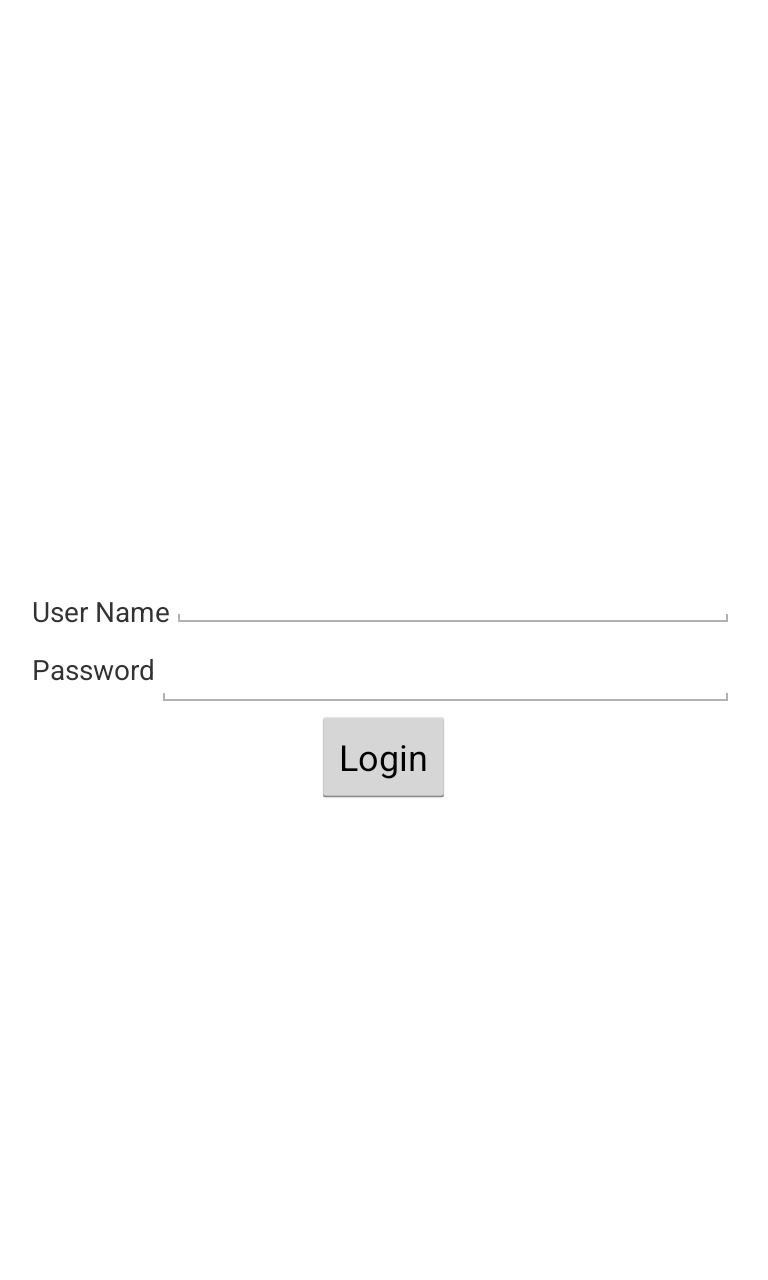
Repository: SaifJamilKhan/Meetup
Layout: MeetUp/res/layout/activity_login.xml
These files come from the project's save history. The layout is drawn as it stood at one moment and after the next save; the edit follows.
It is drawn on a 768 x 1280 px phone screen (xhdpi) without system bars, with theme AppTheme; the app's code is not run.

Above is the layout before, as saved 2014-03-08 20:51:09.

### MeetUp/res/layout/activity_login.xml
 <RelativeLayout xmlns:android="http://schemas.android.com/apk/res/android"
    xmlns:tools="http://schemas.android.com/tools"
    android:layout_width="match_parent"
    android:layout_height="match_parent"
    android:paddingBottom="@dimen/activity_vertical_margin"
    android:paddingLeft="@dimen/activity_horizontal_margin"
    android:paddingRight="@dimen/activity_horizontal_margin"
    android:paddingTop="@dimen/activity_vertical_margin"
    tools:context=".LoginActivity" >

    <View
        android:id="@+id/center_divider"
        android:layout_width="10dp"
        android:layout_height="10dp"
        android:layout_centerInParent="true"
        android:visibility="invisible"/>

    <TextView
        android:id="@+id/login_username_label"
        android:layout_width="wrap_content"
        android:layout_height="wrap_content"
        android:layout_alignParentLeft="true"
        android:text="@string/user_name_label"
        android:layout_above="@id/center_divider" />

    <EditText
        android:id="@+id/login_username_text"
        android:layout_width="match_parent"
        android:layout_height="wrap_content"
        android:inputType="text"
        android:layout_toRightOf="@id/login_username_label"
        android:layout_above="@id/center_divider" />

    <TextView
        android:id="@+id/login_password_label"
        android:layout_width="wrap_content"
        android:layout_height="wrap_content"
        android:layout_alignParentLeft="true"
        android:text="@string/password_label"
        android:layout_below="@id/center_divider" />

    <EditText
        android:id="@+id/login_password_text"
        android:layout_width="match_parent"
        android:layout_height="wrap_content"
        android:layout_centerHorizontal="true"
        android:layout_below="@id/login_username_text"
        android:layout_toRightOf="@id/login_password_label"
        android:inputType="textPassword" >
    </EditText>

    <Button
        android:id="@+id/login_account_button"
        android:layout_width="wrap_content"
        android:layout_height="wrap_content"
        android:layout_below="@id/login_password_text"
        android:layout_centerHorizontal="true"
        android:text="@string/login" />

</RelativeLayout>

### MeetUp/res/values/strings.xml
<?xml version="1.0" encoding="utf-8"?>
<resources>

    <string name="app_name">Meet Up</string>
    <string name="action_settings">Settings</string>
    <string name="login">Login</string>
    <string name="create_account">Create Account</string>
    <string name="user_name_label">User Name</string>
    <string name="password_label">Password</string>
    <string name="email_label">Email</string>

</resources>

### MeetUp/res/layout/loading_spinner.xml
<?xml version="1.0" encoding="utf-8"?>
<RelativeLayout xmlns:android="http://schemas.android.com/apk/res/android"
    android:id="@+id/overlay_spinner_layout"
    android:layout_width="fill_parent"
    android:layout_height="fill_parent"
    android:layout_centerInParent="true"
    android:background="#80444444"
    android:visibility="gone" >

    <ProgressBar
        android:layout_width="wrap_content"
        android:layout_height="wrap_content"
        android:layout_centerInParent="true" />

</RelativeLayout>

Loaded but not shown: MeetUp/res/values/styles.xml (common file); MeetUp/res/values-v11/styles.xml (common file); MeetUp/res/values-v14/styles.xml (common file); MeetUp/res/values/dimens.xml (common file)

After the next save:
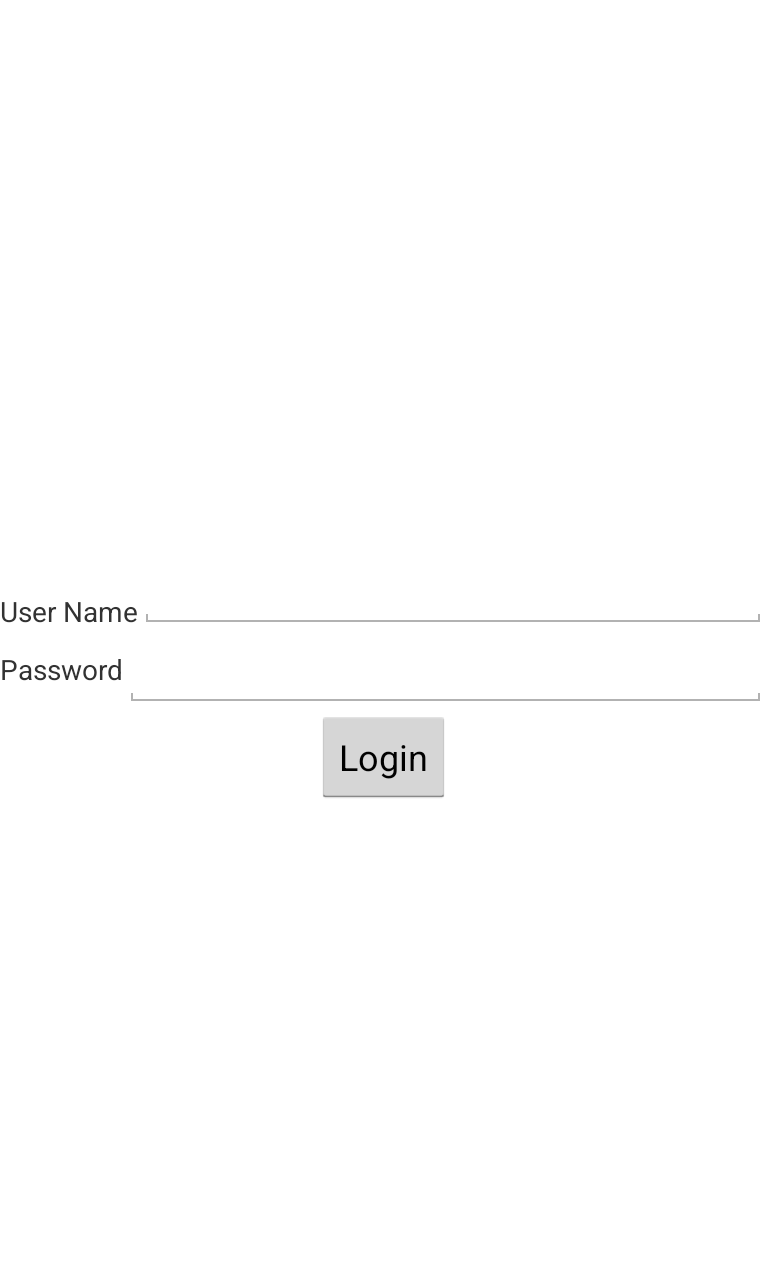
Saved 33 min 27 s later.
--- a/MeetUp/res/layout/activity_login.xml
+++ b/MeetUp/res/layout/activity_login.xml
@@ -1,11 +1,7 @@
- <RelativeLayout xmlns:android="http://schemas.android.com/apk/res/android"
+<RelativeLayout xmlns:android="http://schemas.android.com/apk/res/android"
     xmlns:tools="http://schemas.android.com/tools"
     android:layout_width="match_parent"
     android:layout_height="match_parent"
-    android:paddingBottom="@dimen/activity_vertical_margin"
-    android:paddingLeft="@dimen/activity_horizontal_margin"
-    android:paddingRight="@dimen/activity_horizontal_margin"
-    android:paddingTop="@dimen/activity_vertical_margin"
     tools:context=".LoginActivity" >
 
     <View
@@ -13,38 +9,38 @@
         android:layout_width="10dp"
         android:layout_height="10dp"
         android:layout_centerInParent="true"
-        android:visibility="invisible"/>
+        android:visibility="invisible" />
 
     <TextView
         android:id="@+id/login_username_label"
         android:layout_width="wrap_content"
         android:layout_height="wrap_content"
+        android:layout_above="@id/center_divider"
         android:layout_alignParentLeft="true"
-        android:text="@string/user_name_label"
-        android:layout_above="@id/center_divider" />
+        android:text="@string/user_name_label" />
 
     <EditText
         android:id="@+id/login_username_text"
         android:layout_width="match_parent"
         android:layout_height="wrap_content"
-        android:inputType="text"
+        android:layout_above="@id/center_divider"
         android:layout_toRightOf="@id/login_username_label"
-        android:layout_above="@id/center_divider" />
+        android:inputType="text" />
 
     <TextView
         android:id="@+id/login_password_label"
         android:layout_width="wrap_content"
         android:layout_height="wrap_content"
         android:layout_alignParentLeft="true"
-        android:text="@string/password_label"
-        android:layout_below="@id/center_divider" />
+        android:layout_below="@id/center_divider"
+        android:text="@string/password_label" />
 
     <EditText
         android:id="@+id/login_password_text"
         android:layout_width="match_parent"
         android:layout_height="wrap_content"
+        android:layout_below="@id/login_username_text"
         android:layout_centerHorizontal="true"
-        android:layout_below="@id/login_username_text"
         android:layout_toRightOf="@id/login_password_label"
         android:inputType="textPassword" >
     </EditText>
@@ -57,4 +53,6 @@
         android:layout_centerHorizontal="true"
         android:text="@string/login" />
 
-</RelativeLayout>
+    <include layout="@layout/loading_spinner"/>
+
+</RelativeLayout> <!-- style="@android:style/Widget.ProgressBar." -->
